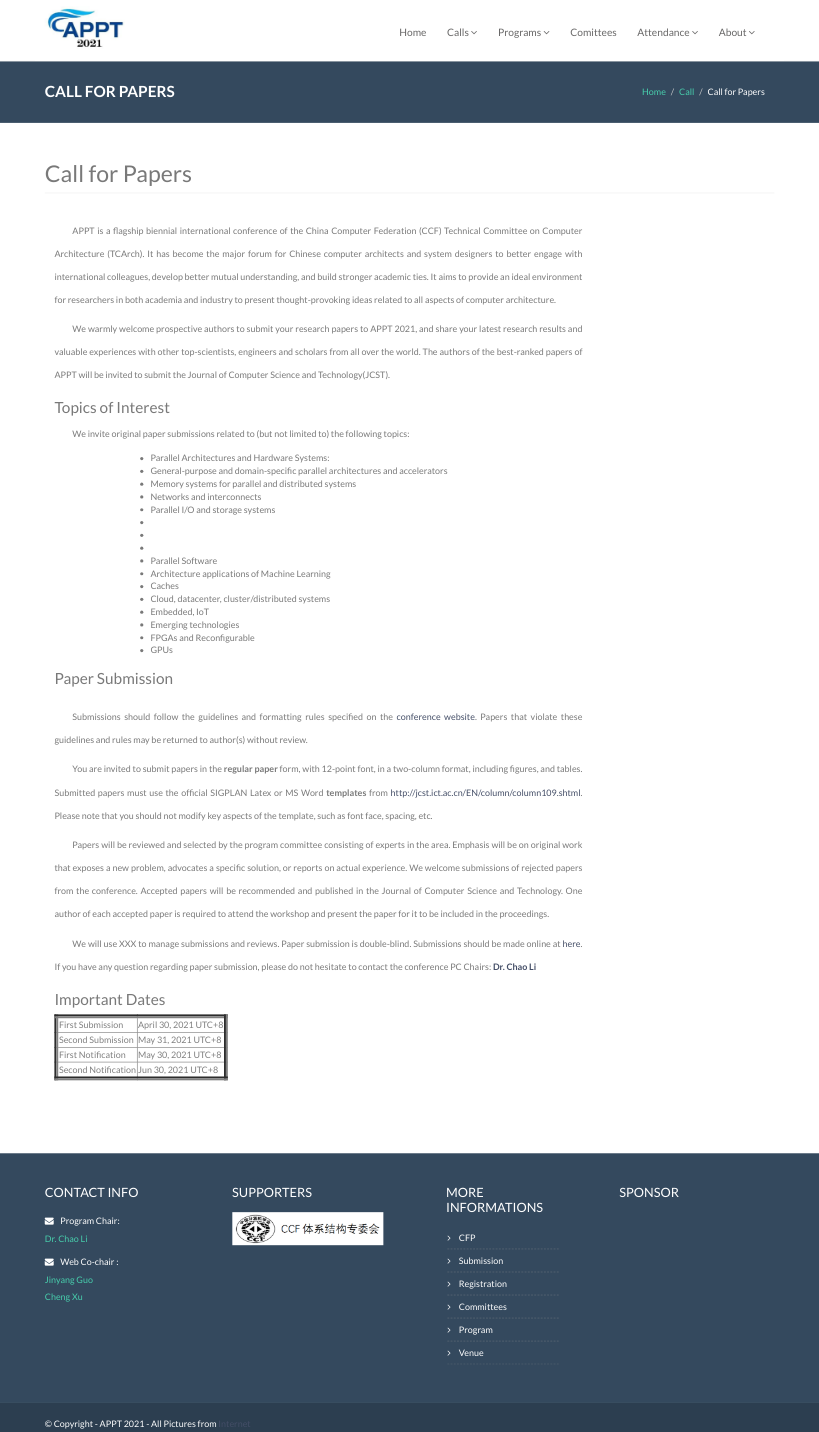
Repository: APPT2021/APPT2021.github.io
Page: call-papers.html
These files come from the project's save history. The page is drawn as it stood at one moment and after a run of saves; the edit follows.
The browser window is 1280 px wide. The pictures show the whole page, at 64% of full size.

Above is the page before, as saved 2021-03-25 00:25:03.
Console error: ReferenceError: jQuery is not defined

After the next 2 saves:
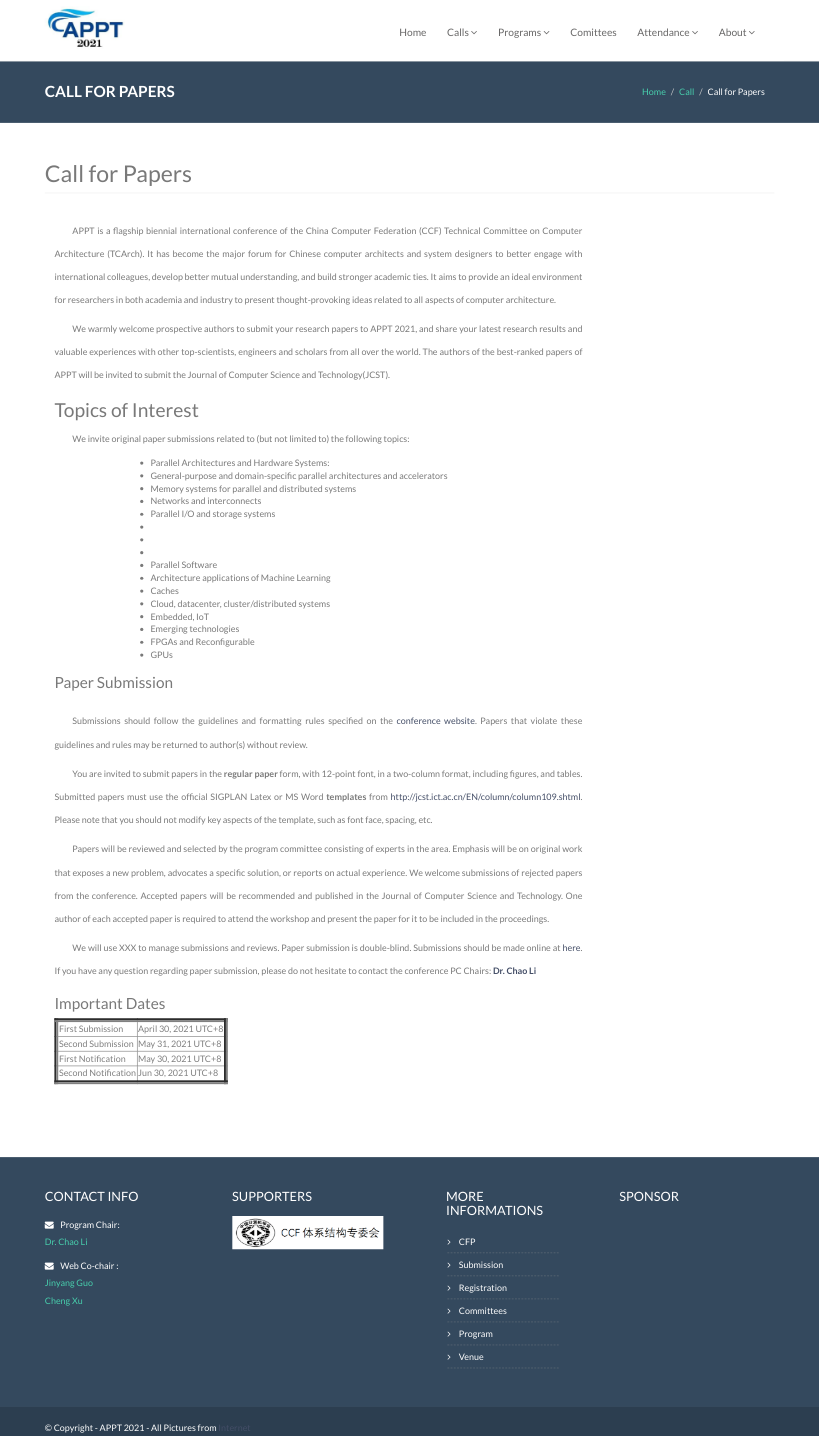
The 2 saves are shown as one change because they came seconds apart.
The last was saved 43 s later.
--- a/call-papers.html
+++ b/call-papers.html
@@ -84,7 +84,7 @@
 			engineers and scholars from all over the world. The authors of the best-ranked papers of APPT will be invited to submit the Journal of
 		    Computer Science and Technology(JCST).
 		</p>
-		<h3>Topics of Interest</h3>
+		<h2>Topics of Interest</h2>
 		<p class="p1">We invite original paper submissions related to (but not limited to) the following topics:</p>
 		<ul style="margin-left: 150px;">
 			<li style=" text-align: justify;">
